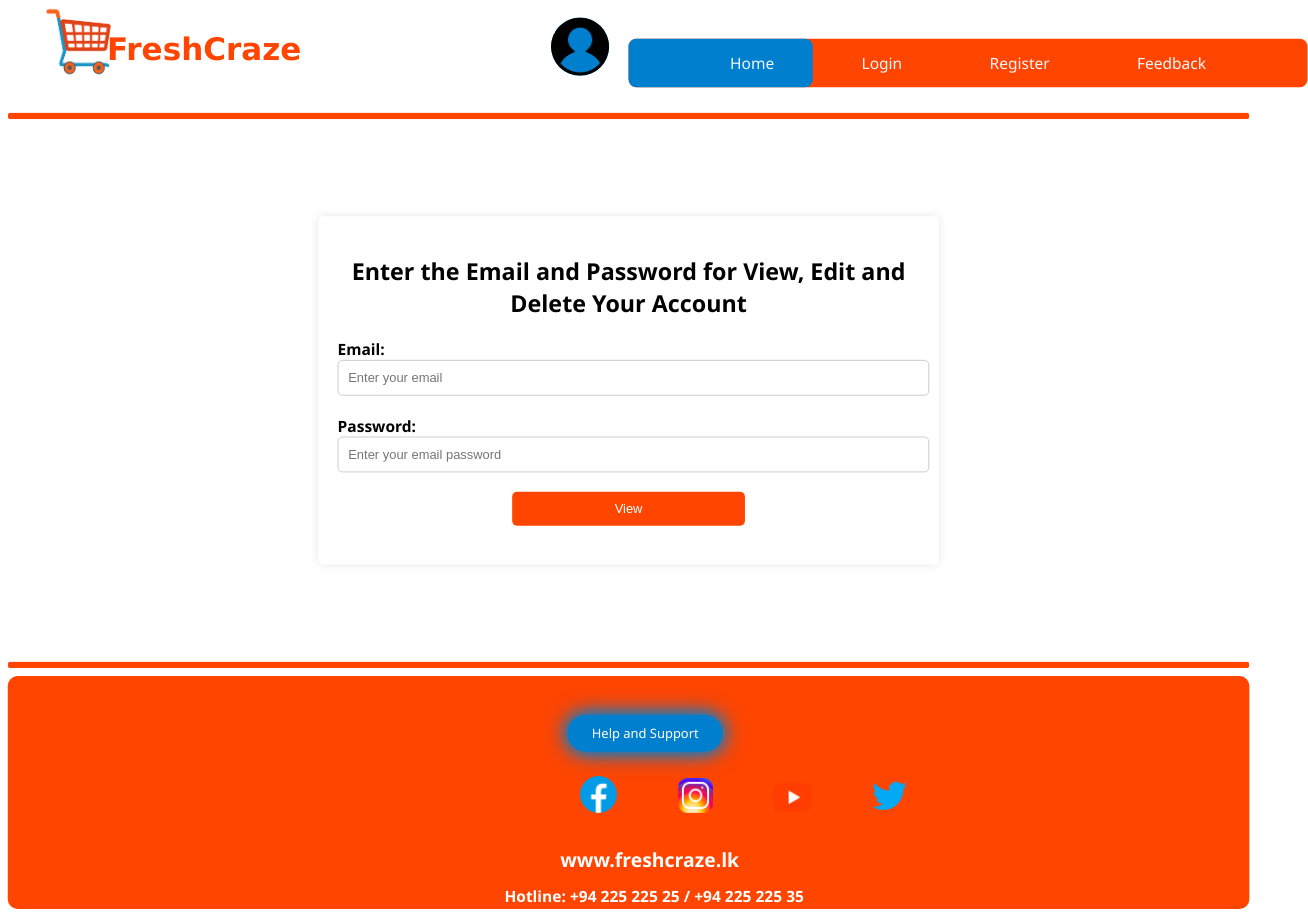
Repository: chamarac2002/FreshCraze
Page: http://localhost/CustomerDemo/profile.jsp
The author's editor kept a copy of each file at every save. The page is drawn from the files as they stood at one save, then again after the next save.
The browser window is 1280 px wide. The page is 1348 px wide, so the pictures cover 1348 px, including what lies to the right of the window. The pictures show the whole page, at 97% of full size.
The page is served by Tomcat 9. Nobody is signed in. The application's start-up code is not run. Other server files are loaded and not shown.

Above is the page before, as saved 2024-05-11 06:47:47.

### CustomerDemo/src/main/webapp/profile.jsp
<%@ page language="java" contentType="text/html; charset=ISO-8859-1"
    pageEncoding="ISO-8859-1"%>
<!DOCTYPE html>

<html lang="en">
<head>
    <meta charset="UTF-8">
    <meta name="viewport" content="width=device-width, initial-scale=1.0">
    <title>Home Page</title>

    <link rel="stylesheet" href="Styles/profile.css">
</head>

<body>

<img src="images\logo.png" class="logo" >

<a href="link" target="_blank">
<img src="images\user.png" class="user">
</a>

    <h1 class="logo_topic">FreshCraze</h1>

    <nav class="navbar">
        <a href="HomePageAL.jsp">Home</a>
        <a href="Login.jsp">Login</a>
        <a href="customer registration.html">Register</a>
        <a href="#">Feedback</a>
        <span></span>
    </nav>

<hr class="topic_line">

<div class="container">
    <h2>Enter the Email and Password for View, Edit and Delete Your Account</h2>
    <form action="login" method="post">
      <div class="form-group">
        <label for="email">Email:</label>
        <input type="email" id="email" name="email" placeholder="Enter your email" required>
      </div>
      <div class="form-group">
        <label for="password">Password:</label>
        <input type="password" id="password" name="password" placeholder="Enter your email password" required>
      </div>
      <div class="form-group-sub">
        <input type="submit" name="submit" value="View">
      </div>
    </form>
  </div>

<hr class="footer_line">

<div class="footer">
    <a href="link" target="_blank">
    <button type="button" class="help_button">Help and Support</button>
    </a>

    <div class="fb_icon">
        <a href="https://www.facebook.com/" target="_blank"><img src="images/facebook.png"></a>
    </div>

    <div class="insta_icon">
        <a href="https://www.instagram.com/" target="_blank"><img src="images/insta.png"></a>
    </div>

    <div class="twitt_icon">
        <a href="https://www.twitter.com/" target="_blank"><img src="images/Twitter.png"></a>
    </div>

    <div class="yt_icon">
        <a href="https://www.youtube.com/" target="_blank"><img src="images/yt.png"></a>
    </div>
</div>

<div class="contacts">
    <h1 class="link">www.freshcraze.lk</h1>
    <h1>Hotline: +94 225 225 25 / +94 225 225 35</h1>
</div>

</body>
</html>

### CustomerDemo/src/main/webapp/Styles/profile.css
body{
    background-color: #ffffff;
    background-repeat: no-repeat;
    background-attachment: fixed;
    background-position: center;
    width: 100%;
}

.logo{
    width: 70px;
    height: 70px;
    margin-left: 3%;
}

.user{
    width: 60px;
    height: 60px;
    margin-left: 35%;
    background-color: rgb(0, 127, 206);
    border-radius: 30px;
}



.logo_topic{
    font-family: verdana;
    margin-left: 8%;
    margin-top: -3.9%;
    color: orangered;
}

.navbar{
    margin-left:50%;
    margin-top:-4%;
    padding: 0;
    box-sizing: border-box;
    font-family: 'Segoe UI';
    display: flex;
    justify-content:center;
    align-items: center;
    min-height: 5vh;

    position:relative;
    background-color: orangered;
    border-radius: 8px;
    width: 700px;
    height: 50px;
    display: flex;
}

nav a{
    position: relative;
    display: inline-block;
    font-size: 1em;
    font-weight: 500;
    color: aliceblue;
    text-decoration: none;
    padding: 45px;
    z-index: 1;
}

nav span{
    position: absolute;
    top: 0;
    left: 0;
    width: 190px;
    height: 100%;
    background-color:rgb(0, 127, 206);
    border-radius: 8px;
    transition: .3s;
}

nav a:nth-child(1):hover~span{
    left: 0;
    width: 190px;
}

nav a:nth-child(2):hover~span{
    left: 190px;
    width: 150px;
}

nav a:nth-child(3):hover~span{
    left:330px;
    width: 150px;
}

nav a:nth-child(4):hover~span{
    left: 470px;
    width: 230px;
}

.topic_line{
    border: none;
    margin-top: 2%;
    border-top: 7px solid orangered;
    border-radius: 10px;
}

.help_button{
    box-shadow:0 0 15px rgb(0, 127, 206),0 0 25px rgb(0, 127, 206);
    border: none;
    width: 160px;
    margin-left: 44%;
    font-family: 'Segoe UI';
    padding: 10px 12px;
    color: #ffffff;
    background-color:rgb(0, 127, 206);
    border-radius: 20px;
}

.help_button:hover{
    box-shadow: 0 0 25px rgb(0, 127, 206);
}

.fb_icon{
    margin-left: 560px;
    margin-top: 20px;
}

.insta_icon{
    margin-left: 660px;
    margin-top: -51px;
}

.yt_icon{
    margin-left: 760px;
    margin-top: -51px;
}

.twitt_icon{
    margin-left: 860px;
    margin-top: -51px;
}

.footer{
    height: 200px;
    background-color: orangered;
    padding-top: 40px;
    padding-left: 25px;
    border-radius: 10px;
}

.footer_line{
    border: none;
    margin-top: 3%;
    border-top: 7px solid orangered;
    border-radius: 10px;
}

.contacts{
    font-size: 8px;
    color:rgb(255, 255, 255);
    font-family: 'Segoe UI';
    margin-left: 40%;
    margin-top: -5%;
}

.link{
    font-size: 20px ;
    margin-top: -6%;
    margin-left: 7.5%;
}

.container {
  width: 600px;
  margin: 100px auto;
  padding: 20px;
  background-color: #fff;
  border-radius: 5px;
  box-shadow: 0 0 10px rgba(0, 0, 0, 0.1);
  font-family: 'Segoe UI';
}

h2 {
  text-align: center;
  margin-bottom: 20px;
}

/* Form Styles */
.form-group {
  margin-bottom: 20px;
}

.form-group-sub {
  margin-bottom: 20px;
  text-align: center;
}

label {
  display: block;
  font-weight: bold;
}

input[type="email"],
input[type="password"] {
  width: calc(100% - 12px);
  padding: 10px;
  border: 1px solid #ccc;
  border-radius: 5px;
}

input[type="submit"] {
  color : #ffffff;
  width: 40%;
  padding: 10px;
  background-color: orangered;
  border: none;
  border-radius: 5px;
  cursor: pointer;
}

input[type="submit"]:hover {
  background-color: rgb(0, 127, 206);
}

After the next save:
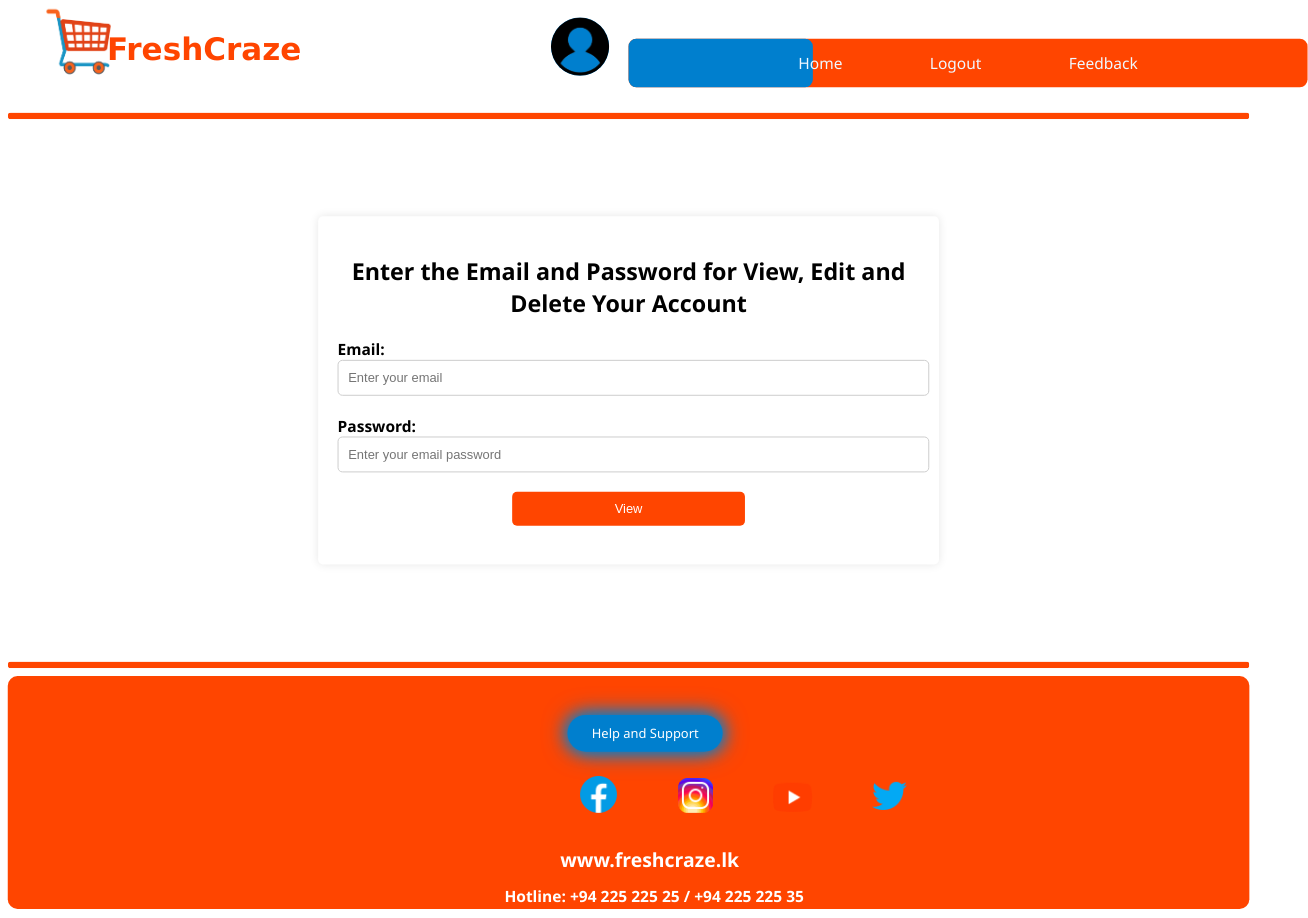
Saved 65 s later.
--- a/CustomerDemo/src/main/webapp/profile.jsp
+++ b/CustomerDemo/src/main/webapp/profile.jsp
@@ -23,8 +23,7 @@
 
     <nav class="navbar">
         <a href="HomePageAL.jsp">Home</a>
-        <a href="Login.jsp">Login</a>
-        <a href="customer registration.html">Register</a>
+        <a href="HomePage.jsp">Logout</a>
         <a href="#">Feedback</a>
         <span></span>
     </nav>
